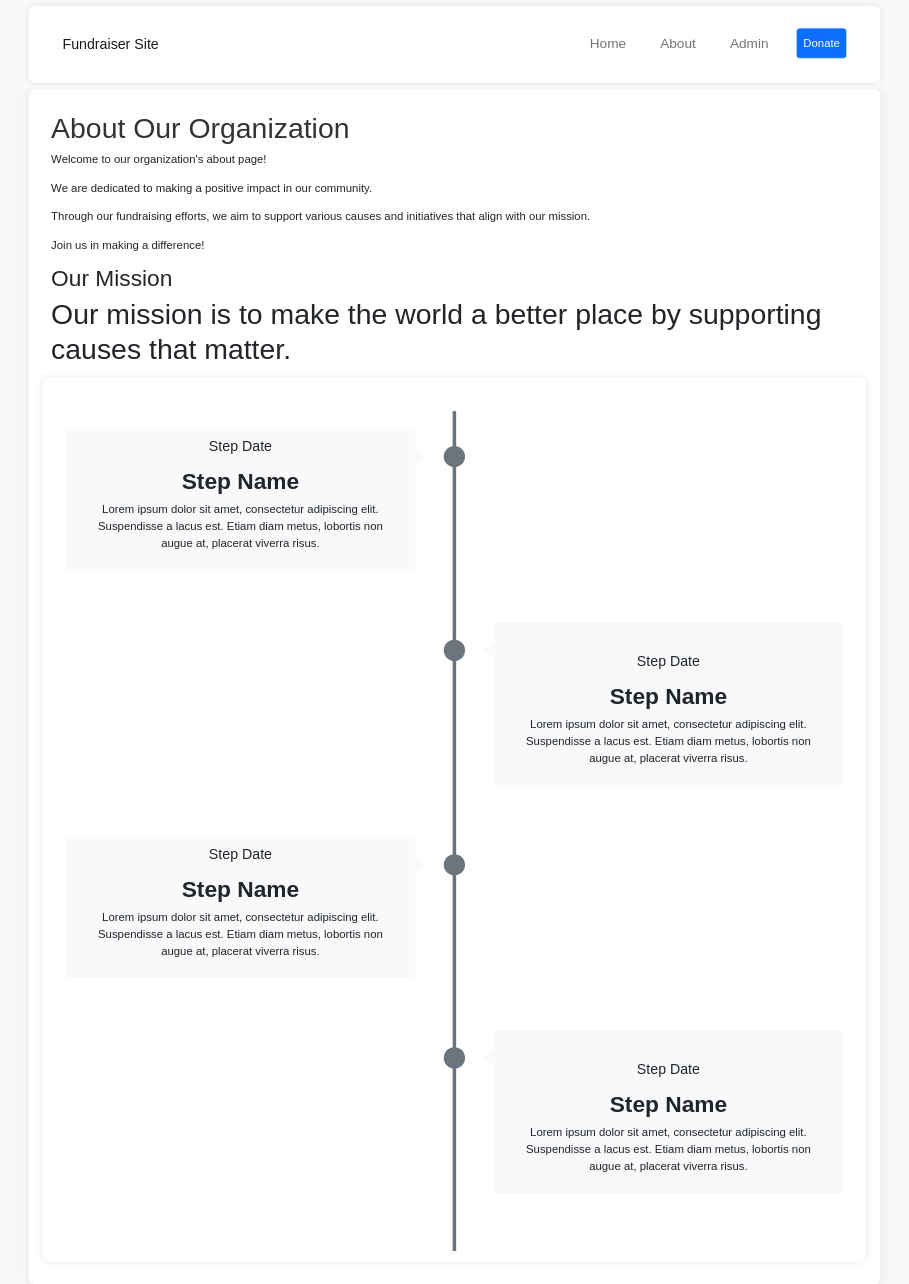
Repository: DragonFruit8/Fundraiser-Page
Page: /about
The author's editor kept a copy of each file at every save. The page is drawn from the files as they stood at one save, then again after a run of saves.
The browser window is 1280 px wide. The pictures show the whole page, at 71% of full size.
The project was rebuilt for these pictures with package versions that can differ from the ones it lists, and the page was loaded fresh each time. Also part of the build but not shown: src/pages/HomeContainer.js, src/pages/Donate.js, src/pages/Admin.js.

Above is the page before, as saved 2024-07-19 14:04:21.

After the next 4 saves:
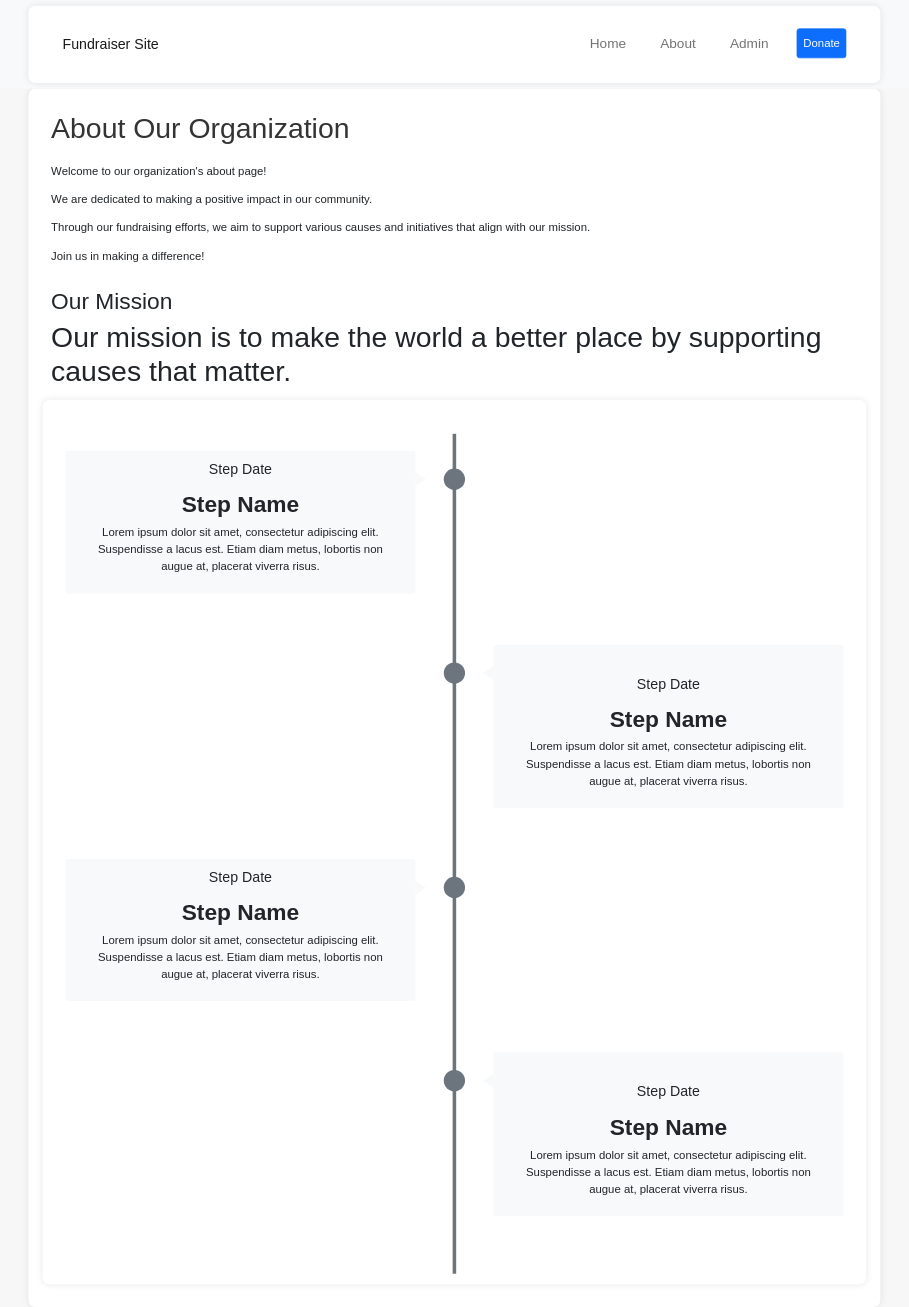
The 4 saves are shown as one change because they came seconds apart.
The last was saved 12 s later.
--- a/src/pages/About.js
+++ b/src/pages/About.js
@@ -112,7 +112,7 @@ const About = () => {
             <div className="container col h-100 justify-content-center align-items-center">
                 <h1 className="text-start">About Our Organization</h1>
                 <div className="row justify-content-center align-items-center">
-                    <div className="col-md-12 text-start" style={{ textAlign: 'center' }}>
+                    <div className="col-md-12 my-3 text-start" style={{ textAlign: 'center' }}>
                         <p>Welcome to our organization's about page!</p>
                         <p>We are dedicated to making a positive impact in our community.</p>
                         <p>
